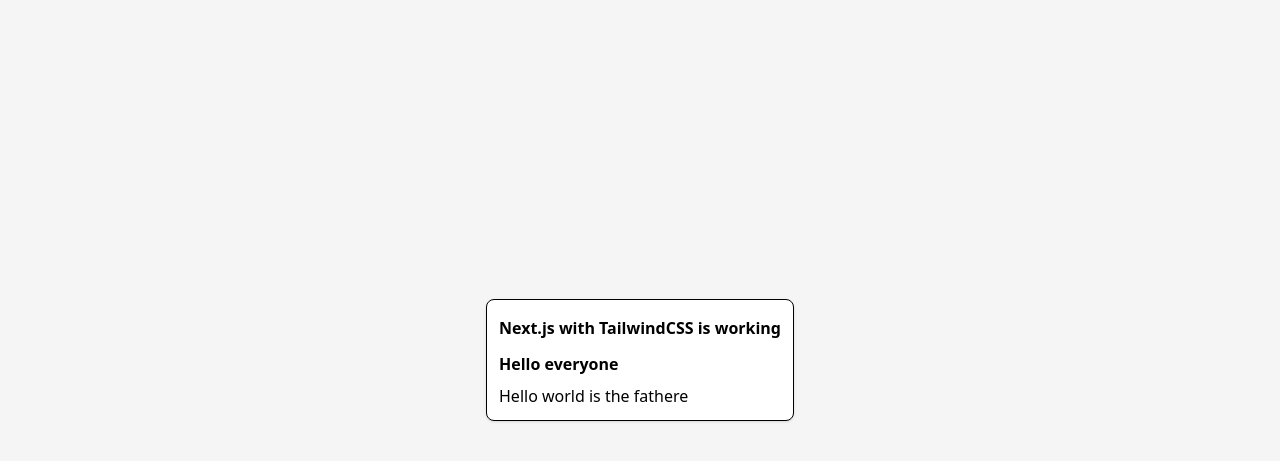
Repository: vignesh33654/resizablesidebar
Page: /
An editor plug-in stored every save of this project. The page is shown before and after the next save, followed by the edit.
The browser window is 1280 px wide. The pictures show the whole page.
The project was rebuilt for these pictures with package versions that can differ from the ones it lists, and the page was loaded fresh each time.

Above is the page before, as saved 2025-11-11 12:16:16.

After the next save:
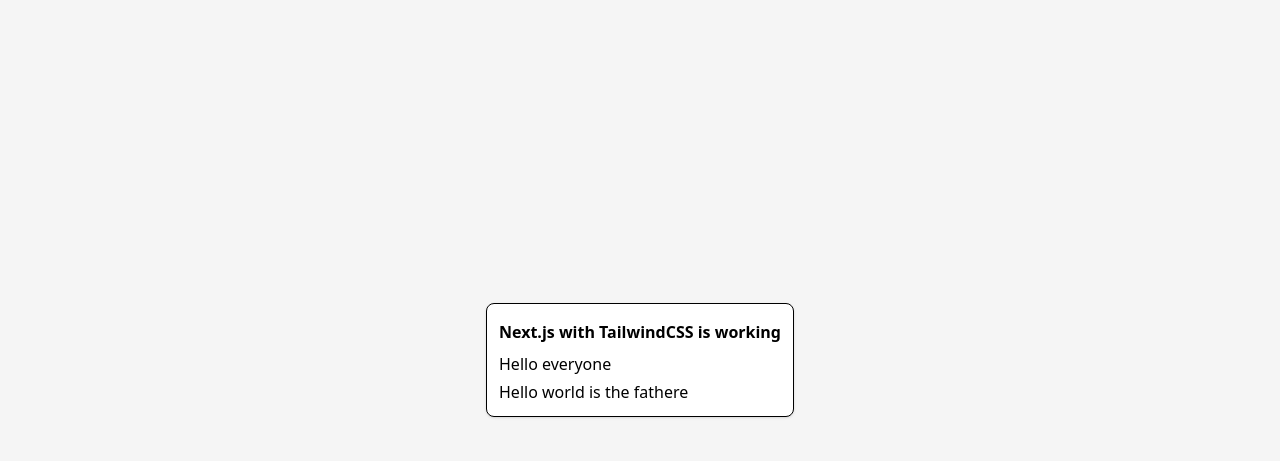
Saved 5 s later.
--- a/src/index.css
+++ b/src/index.css
@@ -80,9 +80,7 @@
   }
   h2 {
     font-size: var(--text-h2);
-    font-weight: 600;
-    line-height: 32px;
-    letter-spacing: -1.9%;
+
   }
   h3 {
     font-size: var(--text-h3);
